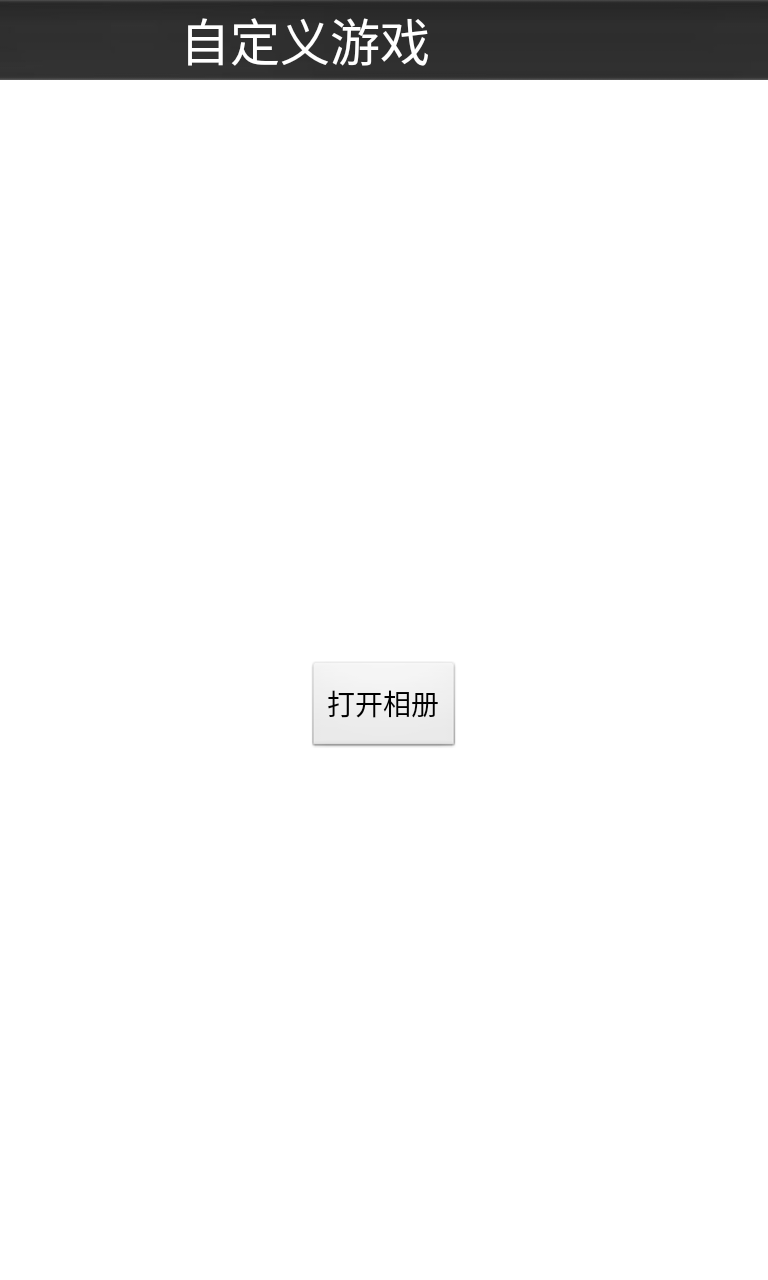
Repository: hosle/gad2
Layout: Pintu/res/layout/activity_personal_game.xml
These files come from the project's save history. The layout is drawn as it stood at one moment and after the next save; the edit follows.
It is drawn on a 768 x 1280 px phone screen (xhdpi) without system bars, with theme AppTheme; the app's code is not run. Lists and similar views that code fills are empty.

Above is the layout before, as saved 2015-06-26 09:06:14.

After the next save:
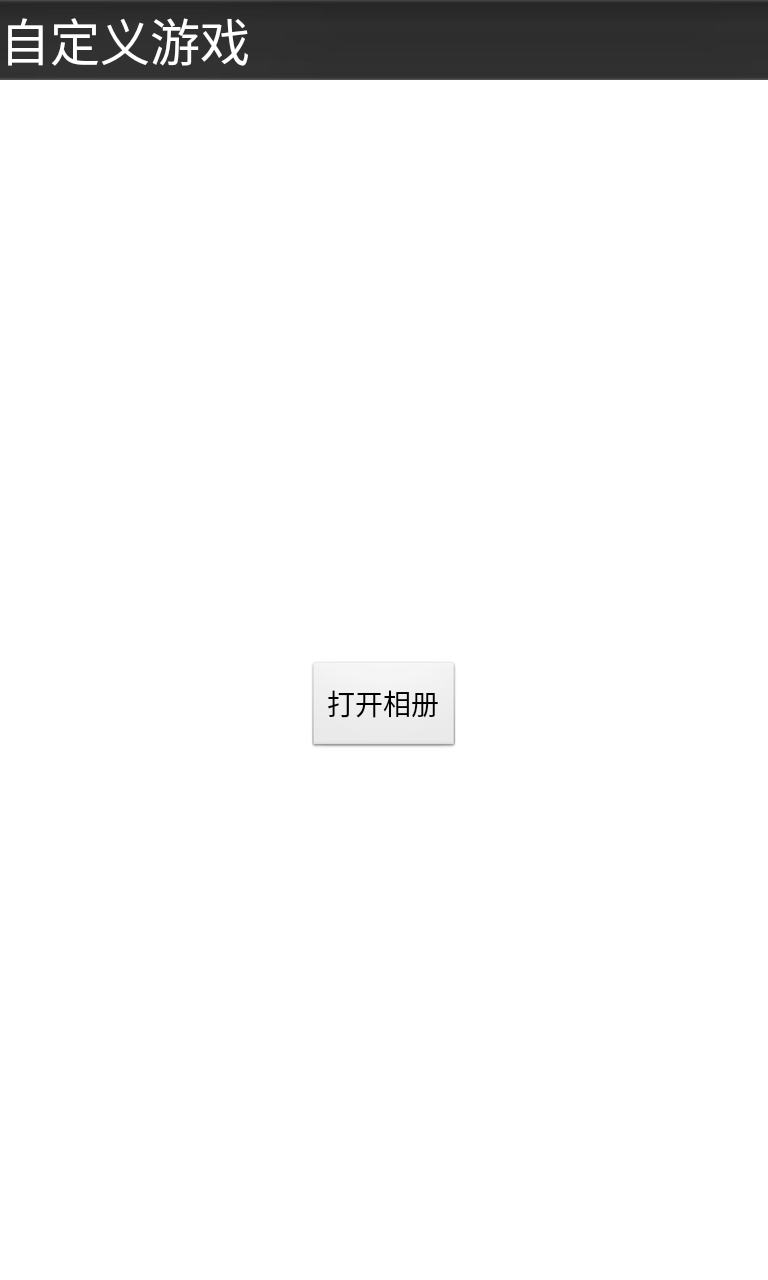
Saved 4 s later.
--- a/Pintu/res/layout/activity_personal_game.xml
+++ b/Pintu/res/layout/activity_personal_game.xml
@@ -18,7 +18,7 @@
             android:id="@+id/time"
             android:layout_width="match_parent"
             android:layout_height="wrap_content"
-            android:layout_marginLeft="90dp"
+
             android:layout_gravity="center"
             android:text="自定义游戏"
             android:textColor="#ffffffff"
